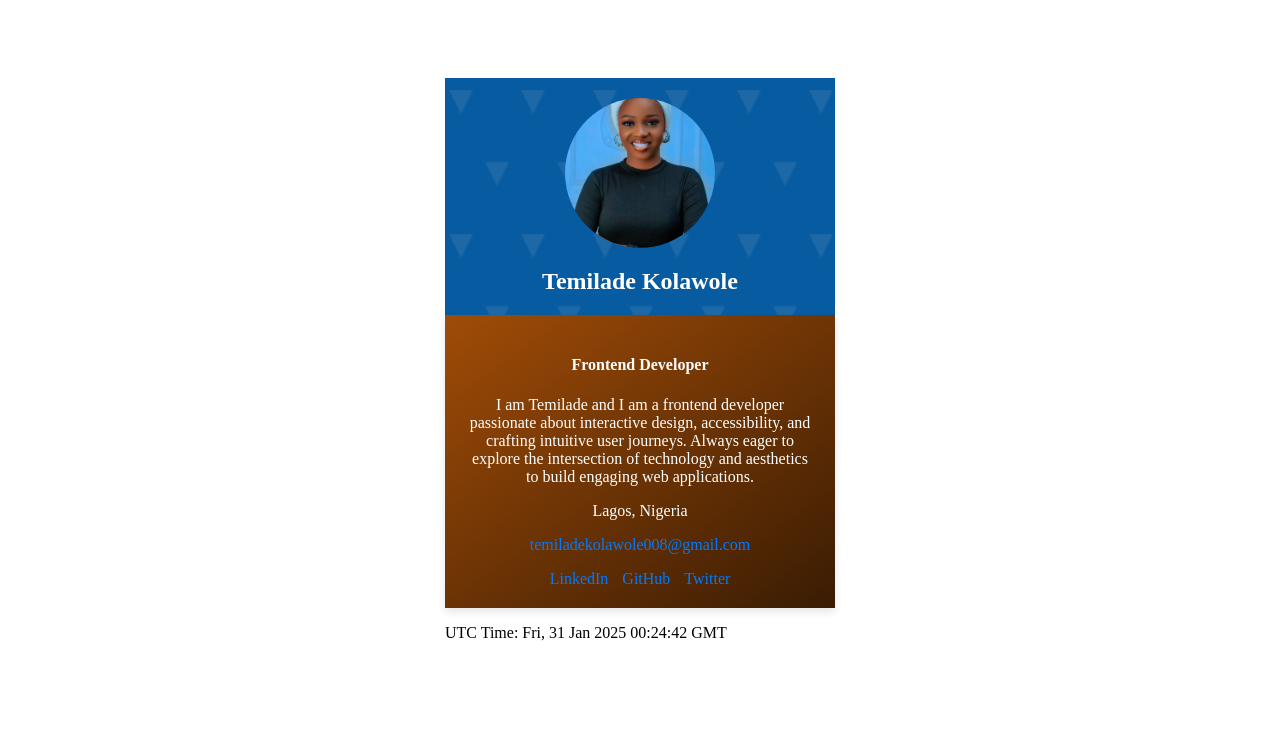
Repository: KolawoleTemilade/ticket-guarantor
Page: profilecard/index..html
These files come from the project's save history. The page is drawn as it stood at one moment and after a run of saves; the edit follows.
The browser window is 1280 px wide. The pictures show the whole page.

Above is the page before, as saved 2025-02-04 17:24:33.

After the next 2 saves:
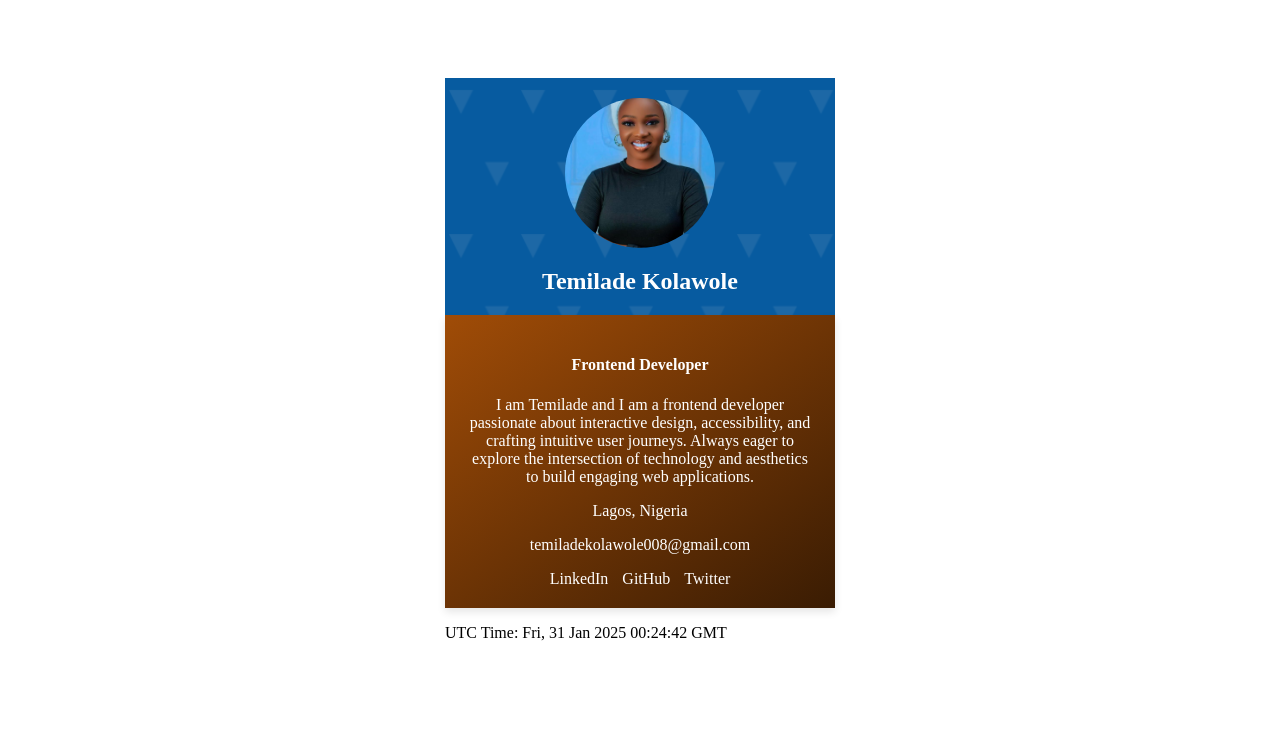
The 2 saves are shown as one change because they came seconds apart.
The last was saved 7 h 4 min later.
--- a/profilecard/style.css
+++ b/profilecard/style.css
@@ -36,7 +36,7 @@ img {
 a {
   margin: 0 5px;
   text-decoration: none;
-  color: #007bff;
+  color: white;
 }
 .fullname {
   color: #fff;
